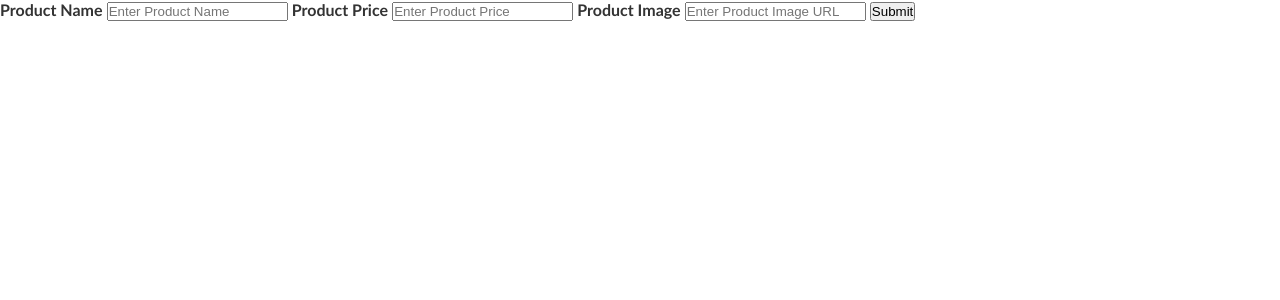
Repository: John-Prabu-A/web-dev-summer-school
Page: Session_1_Assignment/sell.html
These files come from the project's save history. The page is drawn as it stood at one moment and after the next save; the edit follows.
The browser window is 1280 px wide. The pictures show the whole page.

Above is the page before, as saved 2024-06-20 14:39:35.

### Session_1_Assignment/sell.html
<!DOCTYPE html>
<html lang="en">
<head>
    <meta charset="UTF-8">
    <meta name="viewport" content="width=device-width, initial-scale=1.0">
    <title>InstiOLX</title>
    <link rel="stylesheet" href="Styles.css">
    <link rel="stylesheet" href="https://cdnjs.cloudflare.com/ajax/libs/font-awesome/4.7.0/css/font-awesome.min.css">
</head>
<body>
    <form action="" method="post">
        <div class="container">
            <label for="product-name"><b>Product Name</b></label>
            <input type="text" placeholder="Enter Product Name" name="product-name" required>

            <label for="product-price"><b>Product Price</b></label>
            <input type="text" placeholder="Enter Product Price" name="product-price" required>

            <label for="product-image"><b>Product Image</b></label>
            <input type="text" placeholder="Enter Product Image URL" name="product-image" required>

            <button type="submit">Submit</button>
        </div>
    </form>
</body>
</html>

### Session_1_Assignment/Styles.css
* {
    box-sizing: border-box;
    margin: 0;
    padding: 0;
}

body {
    font-family: 'Gill Sans', 'Gill Sans MT', Calibri, 'Trebuchet MS', sans-serif;
    background-color: white;
    color: #333;
}

header{
    background-color: #4CAF50;
    color: white;
    padding: 20px;
    display: flex;
    justify-content: space-between;
    align-items: center;
    position: fixed;
    width: 100%;
    z-index: 100;
  }
  header #logo {
    font-size: 2em;
  }

  header .navbar a{
    color: white;
    font-weight: bold;
    font-size: 18px;
    padding: 12px 15px;
    text-decoration: none;
  }
  header .navbar a:hover{
    background-color: #45a049;
  }
.banner {
    position: relative;
    padding: 60px 0 0 0;
}

.banner img {
    width: 100%;
}

.search-bar {
    margin: 20px;
    display: flex;
    justify-content: center;
}

.search-bar input[type="text"] {
    width: 300px;
    padding: 10px;
    border: 2px solid #4CAF50;
    border-radius: 5px 0 0 5px;
    border-right: 0;
    outline: none;             /*On starting to type it creates balck border by default,so to avoid it v use this*/
}

.search-bar button {
    padding: 10px 20px;
    border: 2px solid #4CAF50;
    border-left: 0;
    background-color: #4CAF50;
    color: white;
    cursor: pointer;
    border-radius: 0 5px 5px 0;
}

.search-bar button:hover {
    background-color: #45a049;
}

.slideshow-container {
    display: flex;
    justify-content: center;
    gap: 50px;
    flex-wrap: wrap;
}

.slideshow {
    position: relative;
    width: 350px;
    height: 350px;
    overflow: hidden;
    border-radius: 20px;
    border: 2px solid #ddd;
    box-shadow: 0 0 10px rgba(0, 0, 0, 0.1);
}

.slideshow-image {
    position: absolute;
    width: 100%;
    height: 100%;
    background-size: cover;
    opacity: 0;
    animation-iteration-count: infinite;
}

.image1 { background-image: url('https://encrypted-tbn0.gstatic.com/images?q=tbn:ANd9GcQVwGVsuaL7RGKo6A_Sqq83s5_6XYFMhHsjug&s');
          animation-name: fade1;
          animation-duration: 4s; }
.image2 { background-image: url('https://5.imimg.com/data5/WS/NI/FV/SELLER-11710265/mad-maxx-bicycles-avengers-single-kids-cycle-500x500.jpg');
          animation-name: fade2;
          animation-duration: 4s; }
.image3 { background-image: url('https://5.imimg.com/data5/SELLER/Default/2022/7/YX/MH/UK/153492086/pulsar-150cc-twin-disk-500x500.png');
          animation-name: fade3;
          animation-duration: 4s; }
.image4 { background-image: url('https://cpimg.tistatic.com/07673503/b/4/Toyota-Innova-Crysta.jpg');
          animation-name: fade1;
          animation-duration: 4s; }
.image5 { background-image: url('https://tiimg.tistatic.com/fp/1/007/862/most-advanced-modern-premium-lg-7-kg-front-fully-automatic-washing-machine-255.jpg');
          animation-name: fade2;
          animation-duration: 4s; }
.image6 { background-image: url('https://5.imimg.com/data5/SELLER/Default/2022/3/MI/KE/UL/19250422/whirlpool-1-0-ton-3-star-inverter-split-ac-500x500.jpg');
          animation-name: fade3;
          animation-duration: 4s; }
.image7 { background-image: url('https://5.imimg.com/data5/SELLER/Default/2021/8/HZ/XR/AC/8962391/household-vacuum-cleaner-500x500.jpg');
          animation-name: fade1;
          animation-duration: 4s; }
.image8 { background-image: url('https://static.nbastore.in/resized/500X500/50/nba-authentic-series-indoor-outdoor-basketball-size-7-brown-65146fd7e6af2.jpg');
          animation-name: fade2;
          animation-duration: 4s; }
.image9 { background-image: url('https://m.media-amazon.com/images/I/61KOc8c4xQL._SL1200_.jpg');
          animation-name: fade3;
          animation-duration: 4s; }

@keyframes fade1 {
    0%, 33.33% { opacity: 1; }
    33.34%, 100% { opacity: 0; }
}
@keyframes fade2 {
    0%, 33.33% { opacity: 0; }
    33.34%, 66.66% { opacity: 1; }
    66.67%, 100% { opacity: 0; }
}
@keyframes fade3 {
    0%, 66.66% { opacity: 0; }
    66.67%, 100% { opacity: 1; }
}

.container {
    position: relative;
    max-width: 100%;
  }

    .image {
        opacity: 1;
        display: block;
        width: 100%;
        height: auto;
    }

  .middle {
    opacity: 0;
    position: absolute;
    top: 50%;
    left: 50%;
    transform: translate(-50%, -50%);
    text-align: center;
  }
  .text {
    color: #4CAF50;
    font-size: 16px;
    padding: 16px 32px;
    font-weight: bold;
  }
  .container:hover .image {
    opacity: 0.3;
  }

  .container:hover .middle {
    opacity: 1;
  }


.product-listings {
    display: flex;
    flex-wrap: wrap;
    justify-content: center;
    margin: 20px;
    border: 5px solid #4CAF50;
    border-radius: 15px;
    padding: 25px;
}

.product {
    background-color: white;
    border: 2px solid #e0e0e0;
    border-radius: 10px;
    margin: 30px;
    padding: 15px;
    width: 220px;
    text-align: center;
    transition: transform 0.5s, box-shadow 0.3s;
}

.product:hover {
    box-shadow: 0 4px 8px rgba(0, 0, 0, 0.2);
    transform: scale(1.05);
}

.product img {
    max-width: 100%;
    border-bottom: 1px solid #e0e0e0;
    margin-bottom: 10px;
}

.product-info h2 {
    font-size: 1.2em;
    margin-bottom: 10px;
    color: #4CAF50;
}

.product-info p {
    font-size: 1em;
    color: #777;
}

.footer {
    background-color: #4CAF50;
    color: white;
    text-align: center;
    padding: 20px 0;
    margin-top: 40px;
}

.footer-container {
    display: flex;
    flex-wrap: wrap;
    justify-content: center;
}

.footer-column {
    width: 30%;
    margin: 10px;
}

.footer-column h3 {
    border-bottom: 2px solid #fff;
    padding-bottom: 10px;
    margin-bottom: 15px;
}

.footer-column ul {
    list-style-type: none;
}

.footer-column ul li {
    margin: 10px ;
}

.footer-column ul li a {
    color: white;
    text-decoration: none;
}

.footer-column p {
    margin-top: 10px;
}

.footer-column .social-icons {
    margin-top: 10px;
}

.footer-column .social-icons a {
    color: white;
    text-decoration: none;
    margin: 0 10px;
    font-size: 20px;
}

After the next save:
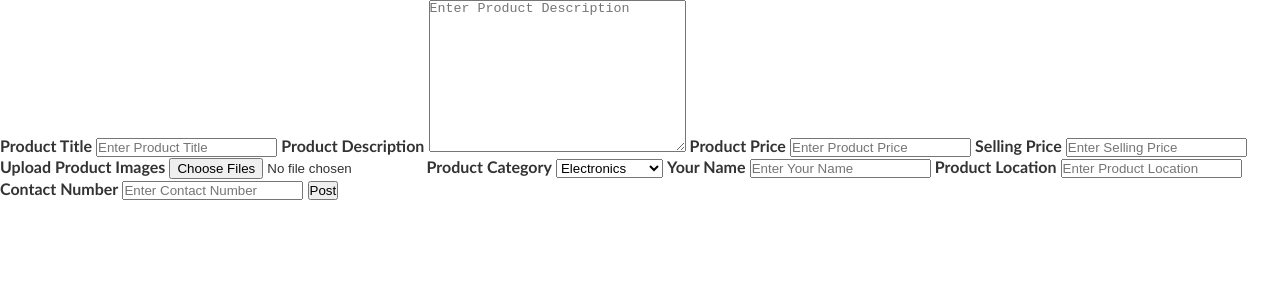
Saved 10 min 32 s later.
--- a/Session_1_Assignment/sell.html
+++ b/Session_1_Assignment/sell.html
@@ -10,16 +10,43 @@
 <body>
     <form action="" method="post">
         <div class="container">
-            <label for="product-name"><b>Product Name</b></label>
-            <input type="text" placeholder="Enter Product Name" name="product-name" required>
+            <label for="product-title"><b>Product Title</b></label>
+            <input type="text" placeholder="Enter Product Title" name="product-title" required>
+
+            <Lable for="product-description"><b>Product Description</b></Lable>
+            <textarea name="product-description" id="product-description" cols="30" rows="10" placeholder="Enter Product Description" required></textarea>
 
             <label for="product-price"><b>Product Price</b></label>
             <input type="text" placeholder="Enter Product Price" name="product-price" required>
 
-            <label for="product-image"><b>Product Image</b></label>
-            <input type="text" placeholder="Enter Product Image URL" name="product-image" required>
+            <label for="selling-price"><b>Selling Price</b></label>
+            <input type="text" placeholder="Enter Selling Price" name="selling-price" required>
 
-            <button type="submit">Submit</button>
+            <!-- multiple photo upload -->
+            <label for="product-image"><b>Upload Product Images</b></label>
+            <input type="file" name="product-image" id="product-image" multiple required>
+
+            <label for="product-category"><b>Product Category</b></label>
+            <select name="product-category" id="product-category" required>
+                <option value="electronics">Electronics</option>
+                <option value="furniture">Furniture</option>
+                <option value="vehicles">Vehicles</option>
+                <option value="clothing">Clothing</option>
+                <option value="books">Books</option>
+                <option value="miscellaneous">Miscellaneous</option>
+                <option value="other">Other</option>
+            </select>
+
+            <label for="seller-name"><b>Your Name</b></label>
+            <input type="text" placeholder="Enter Your Name" name="seller-name" required>
+
+            <label for="product-location"><b>Product Location</b></label>
+            <input type="text" placeholder="Enter Product Location" name="product-location" required>
+
+            <label for="product-contact"><b>Contact Number</b></label>
+            <input type="text" placeholder="Enter Contact Number" name="product-contact" required>
+
+            <button type="submit">Post</button>
         </div>
     </form>
 </body>
